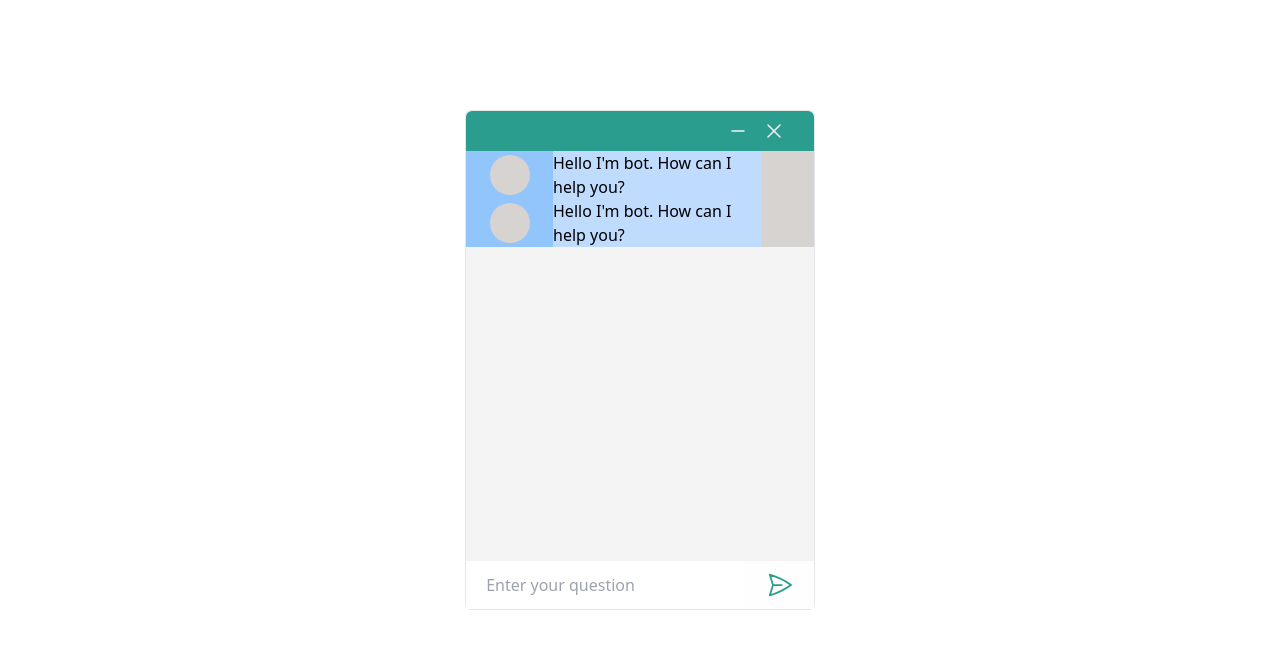
Repository: hsumyatm7308/Chatbot
Page: index.html
An editor plug-in stored every save of this project. The page is shown before and after the next save, followed by the edit.
The browser window is 1280 px wide. The pictures show the whole page.
Some web libraries are served in a nearby version.

Above is the page before, as saved 2023-07-09 11:23:19.

After the next save:
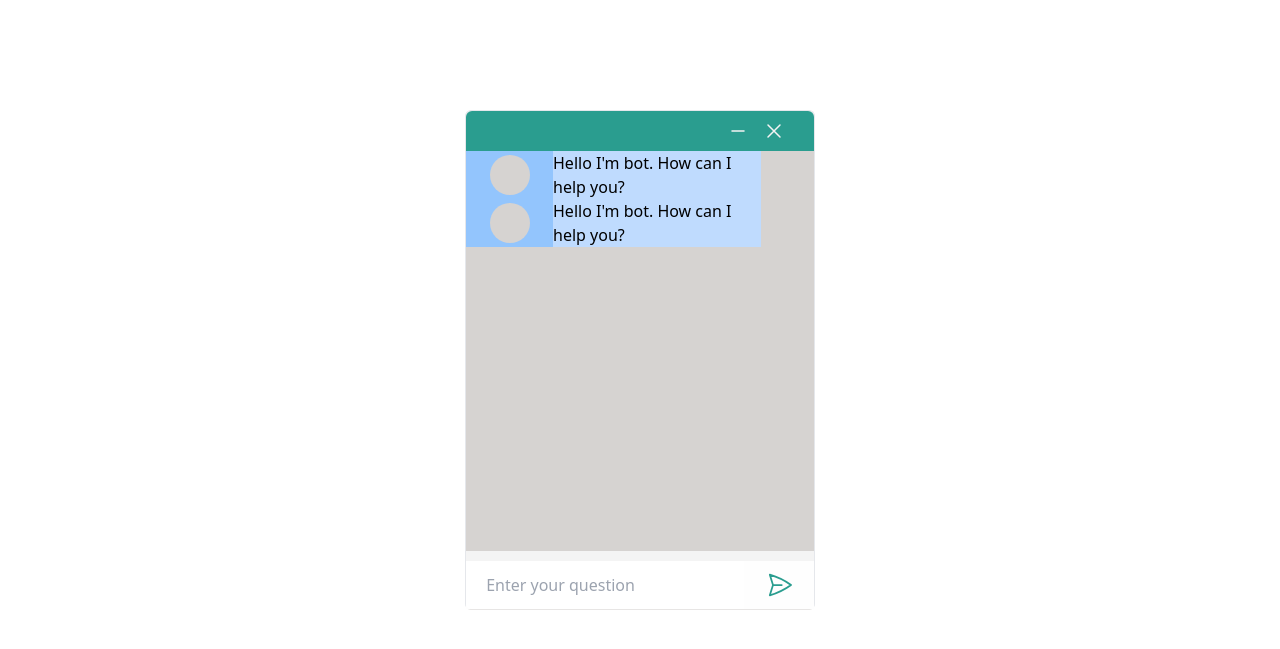
Saved 23 s later.
--- a/index.html
+++ b/index.html
@@ -24,7 +24,7 @@
 
             </div>
 
-            <div class="w-full h-inherit bg-stone-300 overflow-y-auto">
+            <div class="w-full h-[400px] bg-stone-300 overflow-y-auto">
                  <div class="w-full grid grid-cols-4 flex profile-side">
                        <div class= "w-full h-auto bg-blue-300 flex justify-center items-center">
                             <div class="w-10 h-10 rounded-full bg-stone-300">
